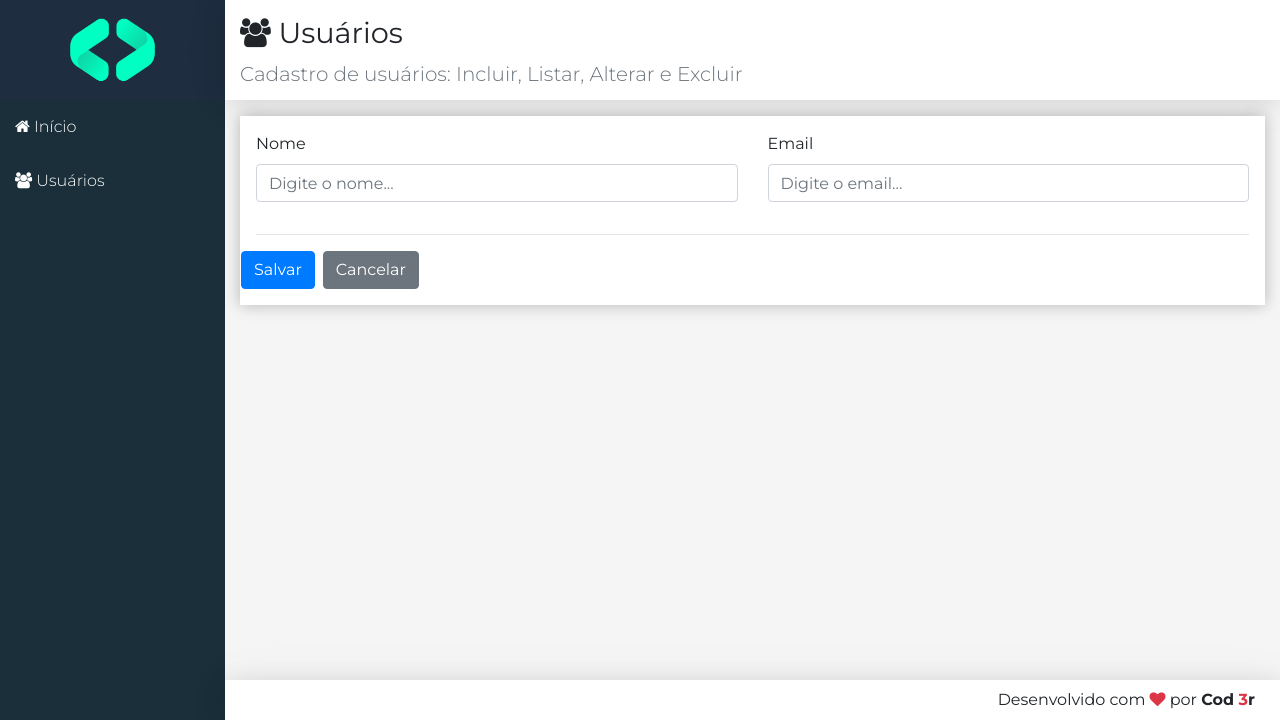
Repository: eversonps/projeto-cadastro-usuarios-firebase
Page: /users (app in frontend/)
These files come from the project's save history. The page is drawn as it stood at one moment and after the next save; the edit follows.
The browser window is 1280 px wide. The pictures show the whole page.
The project was rebuilt for these pictures with package versions that can differ from the ones it lists, and the page was loaded fresh each time. Also part of the build but not shown: frontend/src/components/home/home.jsx.

Above is the page before, as saved 2022-03-22 14:55:32.

After the next save:
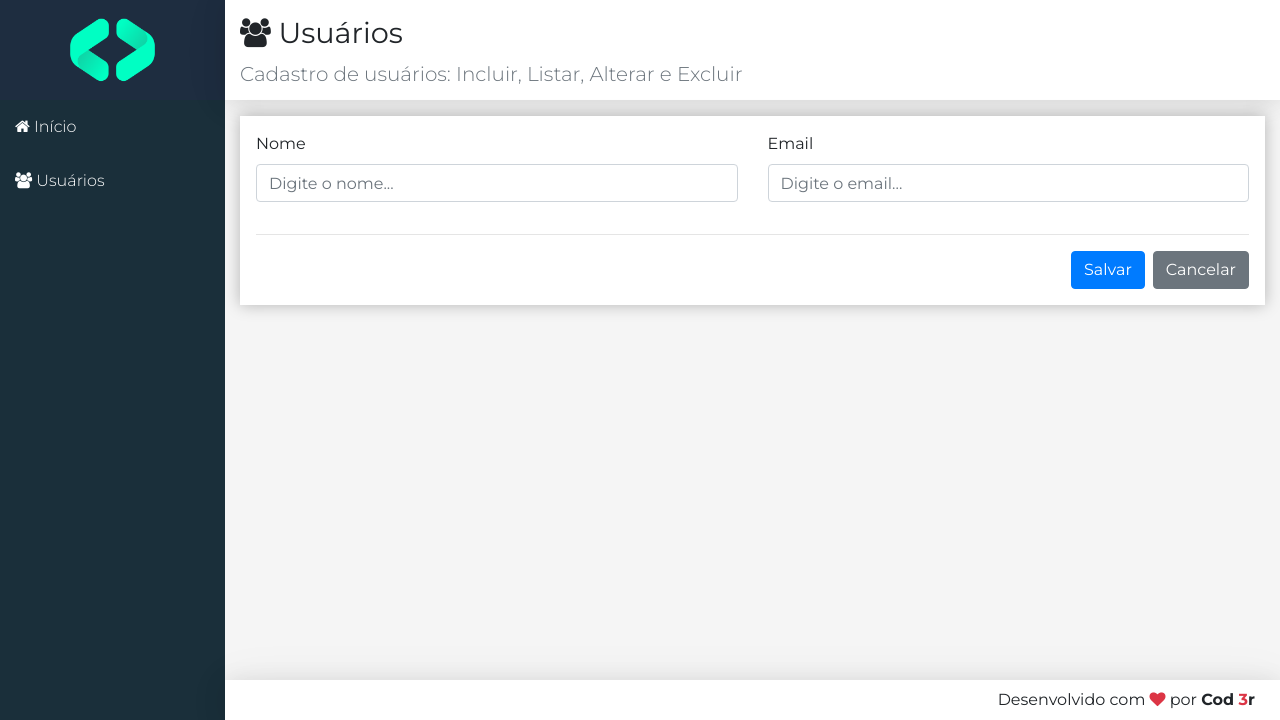
Saved 68 s later.
--- a/frontend/src/components/user/userCrud.jsx
+++ b/frontend/src/components/user/userCrud.jsx
@@ -65,7 +65,7 @@ export default class UserCrud extends Component{
                 <hr />
 
                 <div className="row">
-                    <div className="col12 d-flex justify-content-end">
+                    <div className="col-12 d-flex justify-content-end">
                         <button className="btn btn-primary" onClick={e => this.save(e)}>Salvar</button>
                         <button className="btn btn-secondary ml-2" onClick={e => this.clear(e)}>Cancelar</button>
                     </div>
